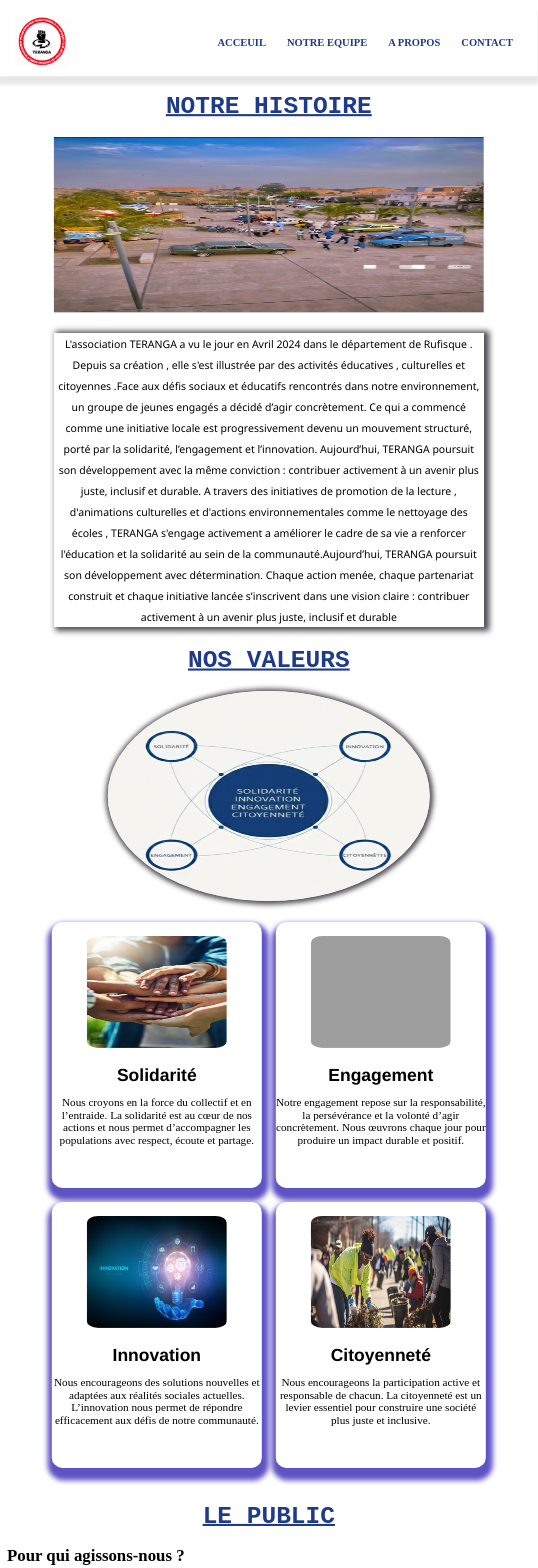
Repository: assanendao171/projet-teranga
Page: propos.html
The author's editor kept a copy of each file at every save. The page is drawn from the files as they stood at one save, then again after the next save.
The browser window is 768 px wide. The pictures show the part of the page from y = 0 to 2240 px (the page is 3977 px tall before and 4175 px after), at 70% of full size.
Pictures or frames that could not be fetched are drawn as grey boxes.

Above is the page before, as saved 2026-02-13 16:42:23.

After the next save:
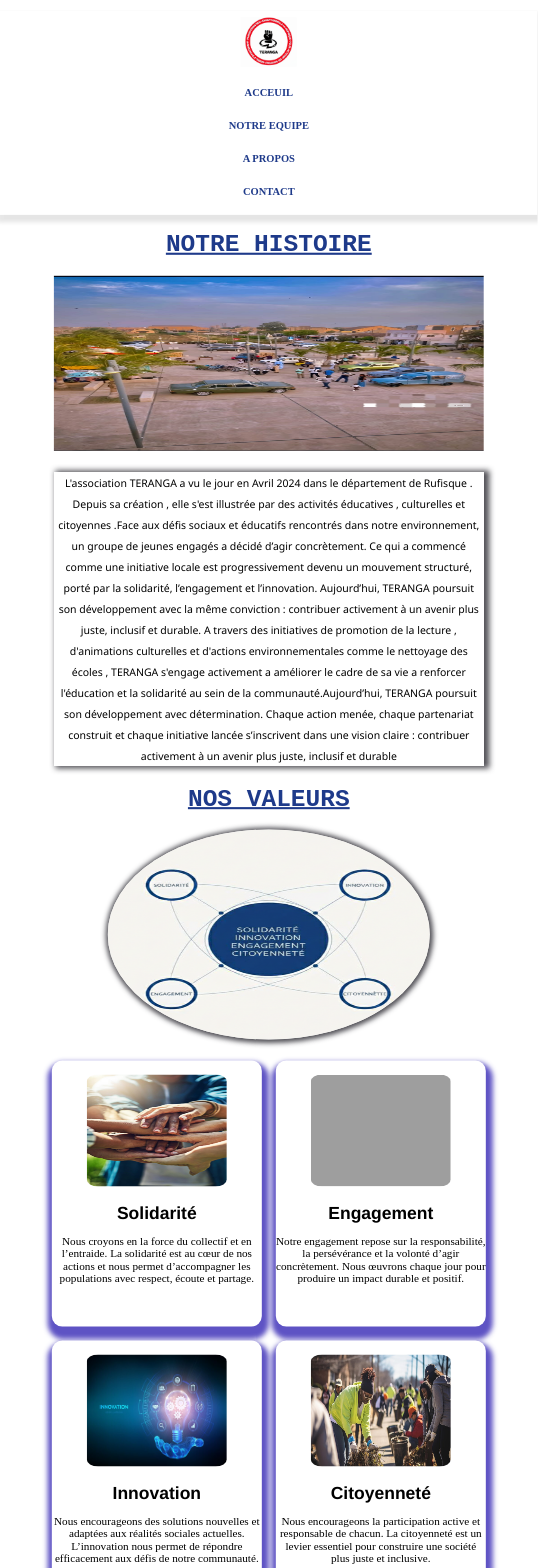
Saved 14 s later.
--- a/propos.css
+++ b/propos.css
@@ -322,7 +322,7 @@
     box-shadow: 5px 1px 8px 4px rgba(31, 30, 37, 0.781);
     height: 40px;
 }
-ifram{
+iframe
     padding-top: 55px;
     width: 50%;
     height: auto;

After the save that followed:
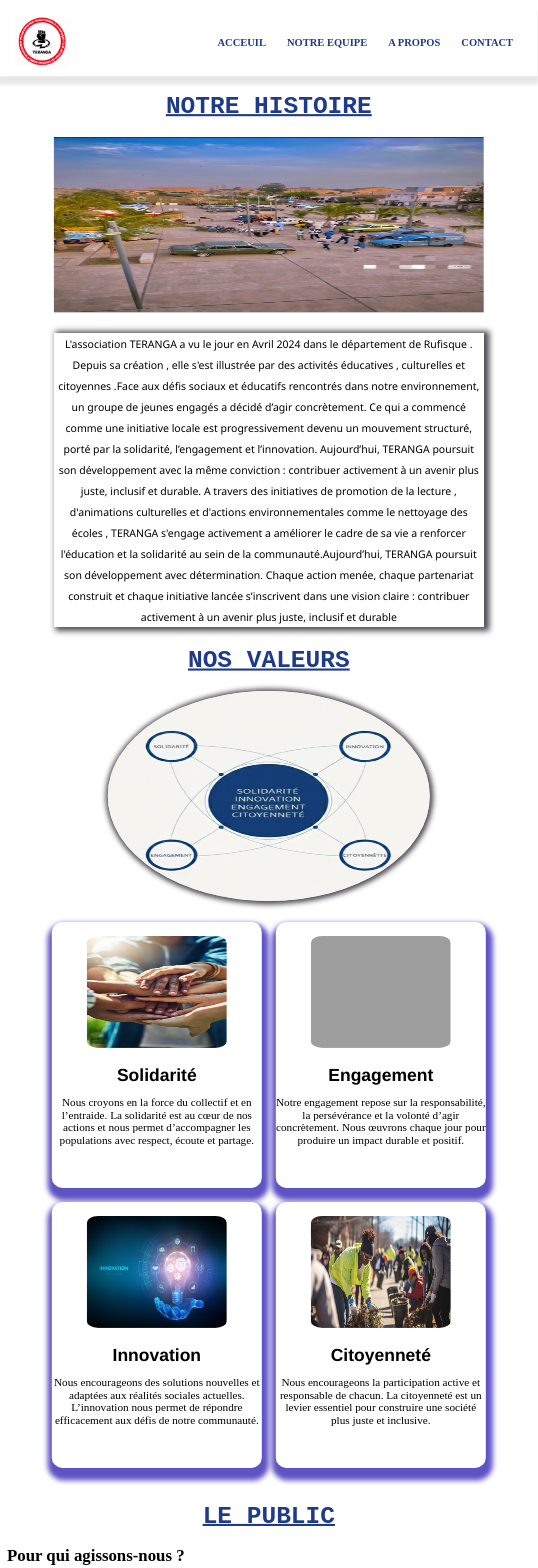
Saved 5 s later.
--- a/propos.css
+++ b/propos.css
@@ -322,7 +322,7 @@
     box-shadow: 5px 1px 8px 4px rgba(31, 30, 37, 0.781);
     height: 40px;
 }
-iframe
+ifram{
     padding-top: 55px;
     width: 50%;
     height: auto;
